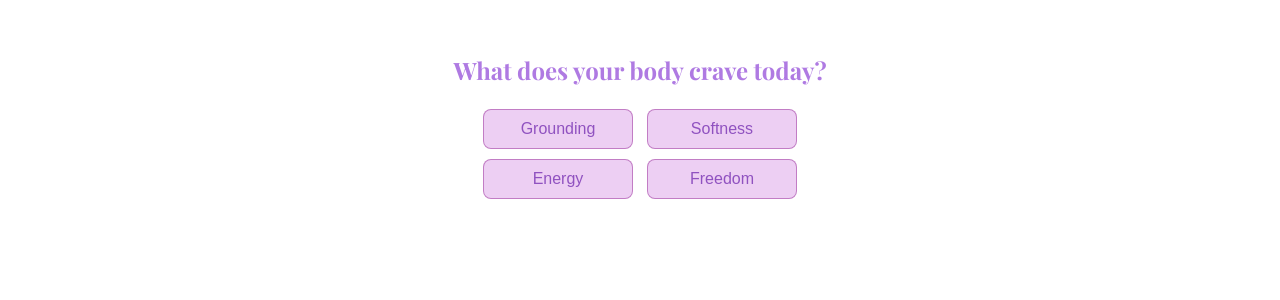
Repository: karim0829/Bella-Oter-Project
Page: index.html
These files come from the project's save history. The page is drawn as it stood at one moment and after the next save; the edit follows.
The browser window is 1280 px wide. The pictures show the whole page.
Some web fonts or font styles are not loaded; a fallback is used.

Above is the page before, as saved 2025-06-30 19:26:06.

After the next save:
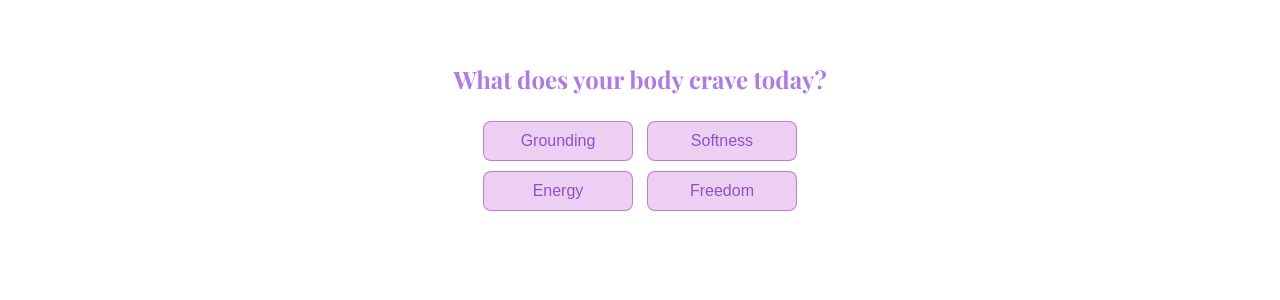
Saved 9 s later.
--- a/style.css
+++ b/style.css
@@ -7,13 +7,14 @@
 
 body {
     text-align: center;
+    font-family:"playfair display";
 }
 
 form h1 {
     font-size:24px;
     text-align: center;
     color:rgba(125, 37, 207, 0.613);
-    font-family:"playfair display";
+
 }
 
  button {
